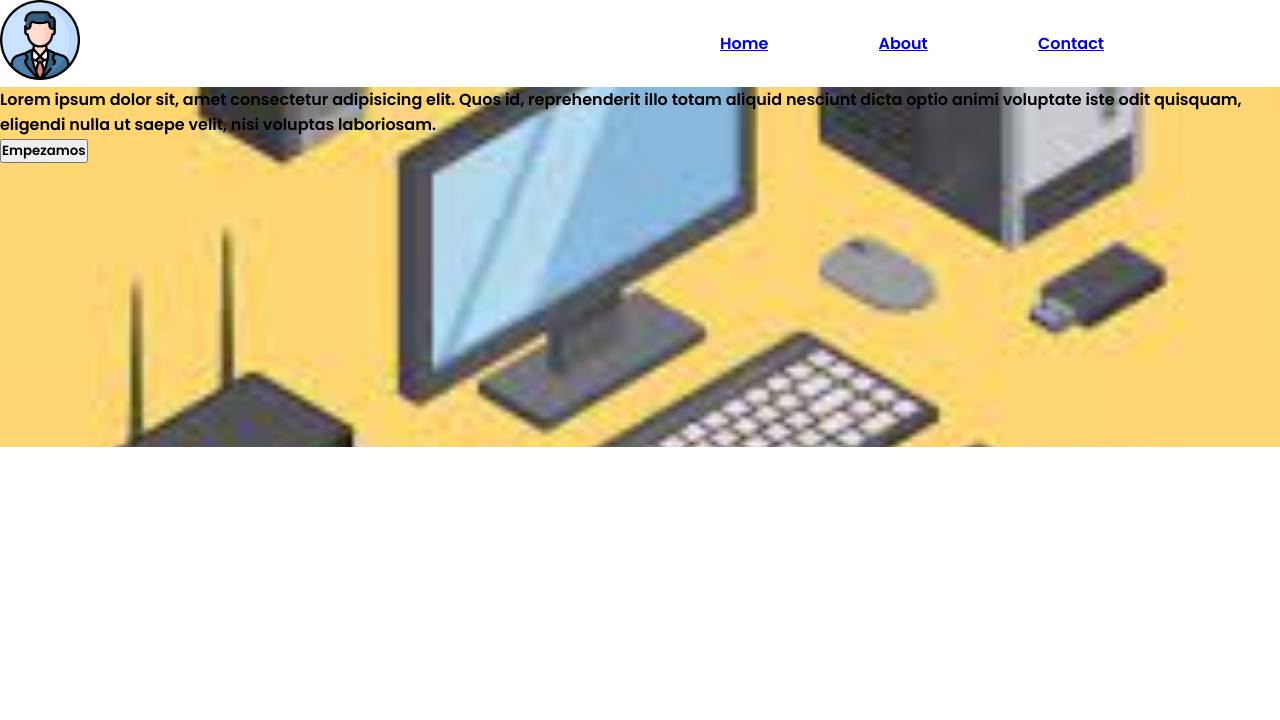
Repository: Sxcram02/projects
Page: screen-split/index.html
The author's editor kept a copy of each file at every save. The page is drawn from the files as they stood at one save, then again after the next save.
The browser window is 1280 px wide. The pictures show the whole page.

Above is the page before, as saved 2023-03-17 00:23:15.

After the next save:
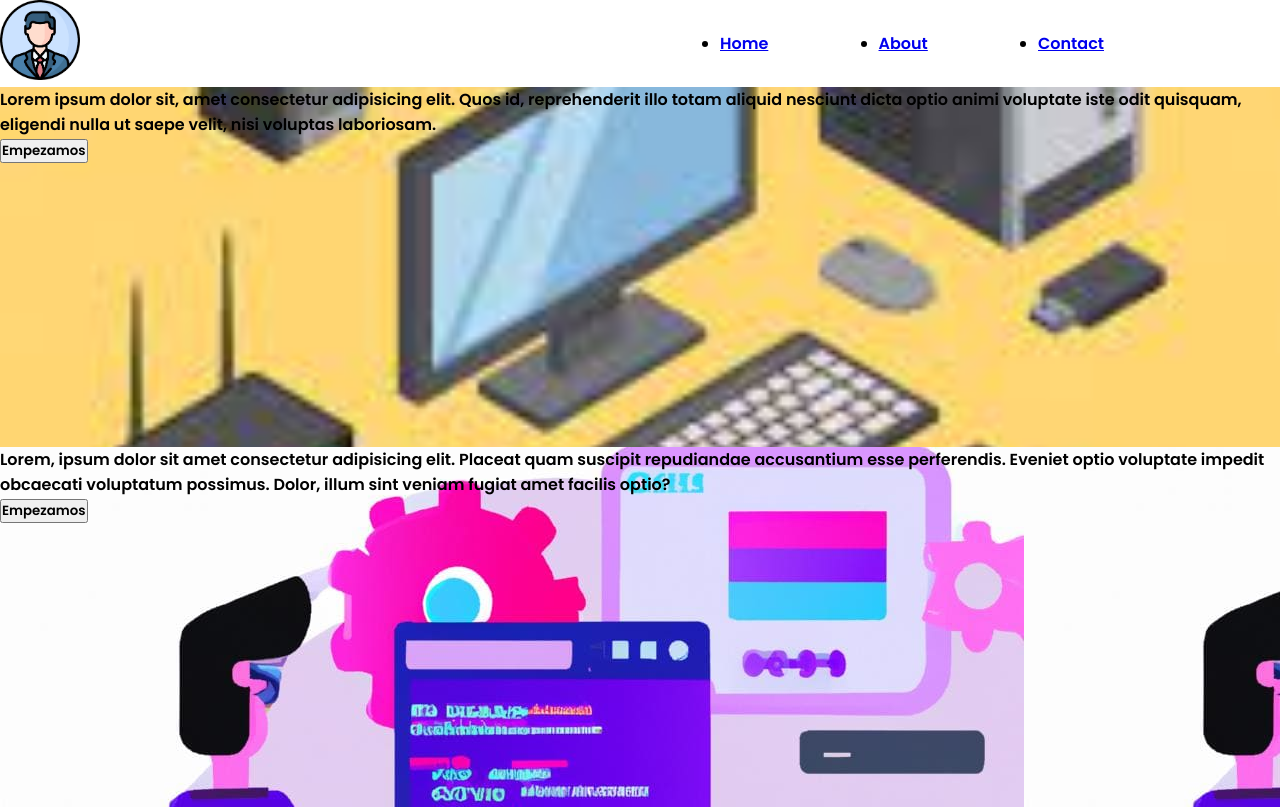
Saved 11 s later.
--- a/screen-split/style/index.css
+++ b/screen-split/style/index.css
@@ -5,7 +5,6 @@
     margin: 0;
     box-sizing: border-box;
     font-family: 'Poppins',sans-serif;
-    overflow: hidden;
 }
 
 header {
